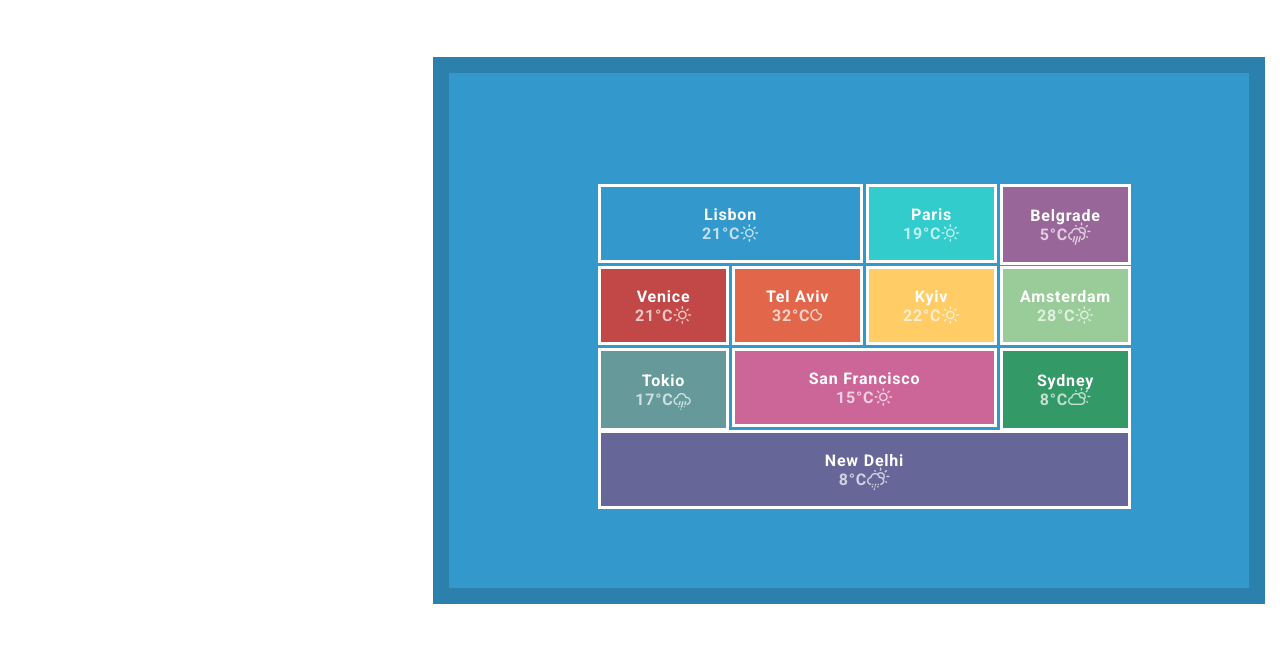
Repository: shpakovskaya/github.io
Page: boxsizing/weatherforecast/index.html
These files come from the project's save history. The page is drawn as it stood at one moment and after the next save; the edit follows.
The browser window is 1280 px wide. The pictures show the whole page.

Above is the page before, as saved 2021-11-27 23:50:08.

After the next save:
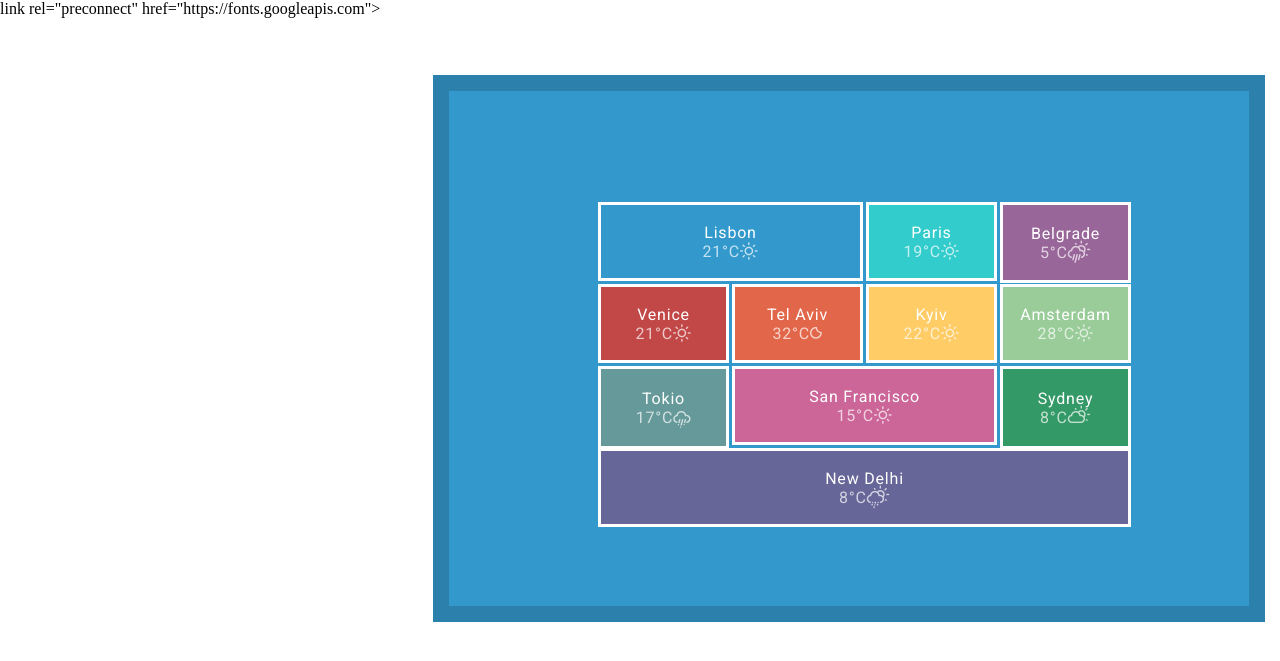
Saved 2 min 0 s later.
--- a/boxsizing/weatherforecast/index.html
+++ b/boxsizing/weatherforecast/index.html
@@ -26,6 +26,12 @@
     <link rel="preconnect" href="https://fonts.gstatic.com" crossorigin />
     <link
       href="https://fonts.googleapis.com/css2?family=PT+Sans&family=Roboto:wght@700&display=swap"
+      rel="stylesheet"
+    />
+    link rel="preconnect" href="https://fonts.googleapis.com">
+    <link rel="preconnect" href="https://fonts.gstatic.com" crossorigin />
+    <link
+      href="https://fonts.googleapis.com/css2?family=PT+Sans&family=Roboto:wght@400;700&display=swap"
       rel="stylesheet"
     />
     <title>Weatherforecast</title>

After the save that followed:
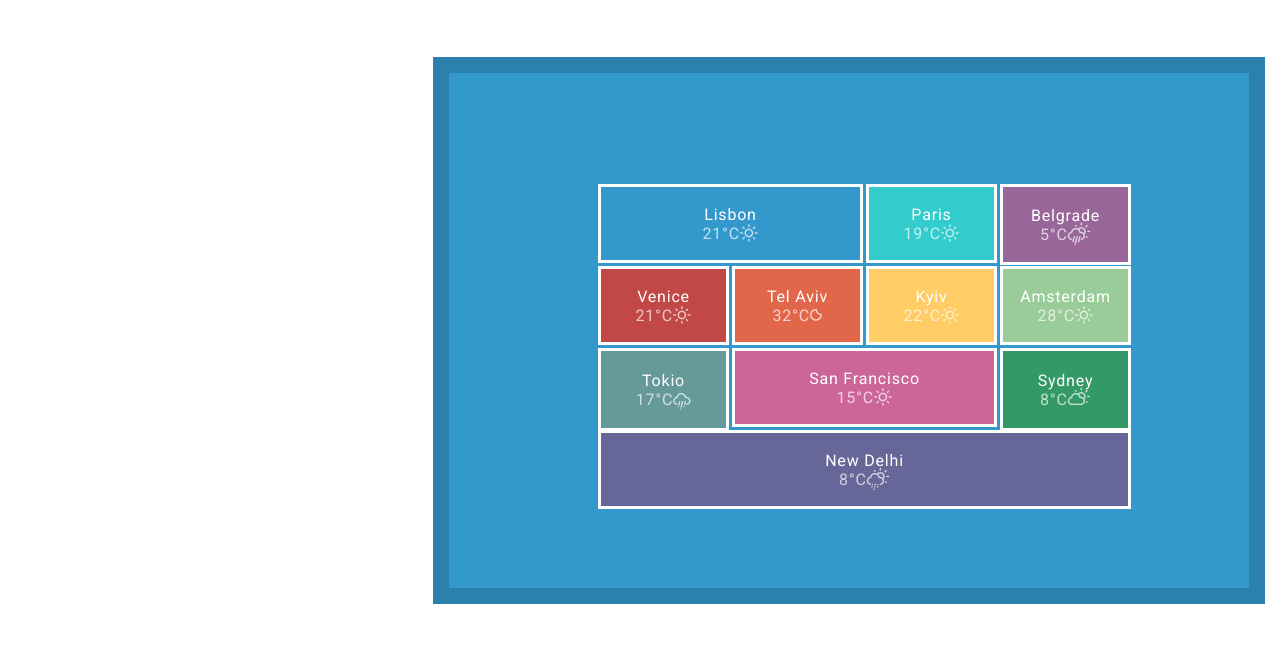
Saved 10 s later.
--- a/boxsizing/weatherforecast/index.html
+++ b/boxsizing/weatherforecast/index.html
@@ -28,7 +28,7 @@
       href="https://fonts.googleapis.com/css2?family=PT+Sans&family=Roboto:wght@700&display=swap"
       rel="stylesheet"
     />
-    link rel="preconnect" href="https://fonts.googleapis.com">
+    <link rel="preconnect" href="https://fonts.googleapis.com" />
     <link rel="preconnect" href="https://fonts.gstatic.com" crossorigin />
     <link
       href="https://fonts.googleapis.com/css2?family=PT+Sans&family=Roboto:wght@400;700&display=swap"
